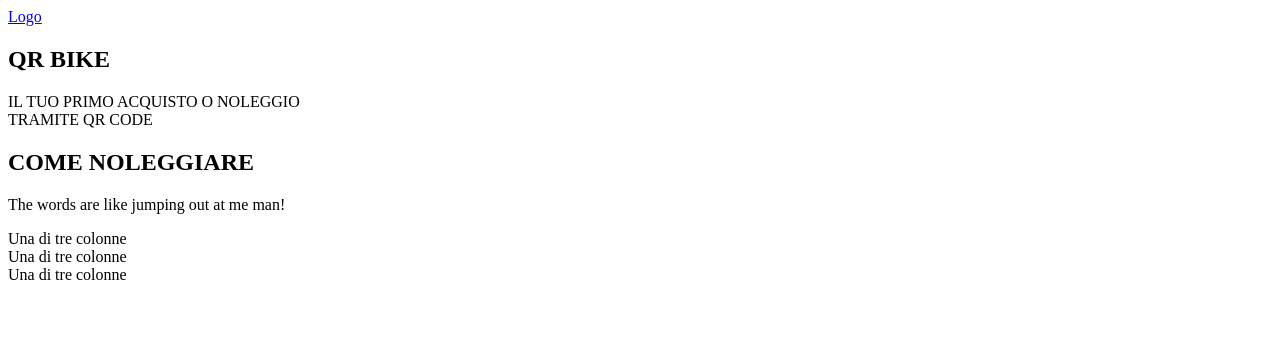
Repository: andrealepori/qrbike
Page: index.html
These files come from the project's save history. The page is drawn as it stood at one moment and after the next save; the edit follows.
The browser window is 1280 px wide. The pictures show the whole page.

Above is the page before, as saved 2020-09-16 15:37:36.

After the next save:
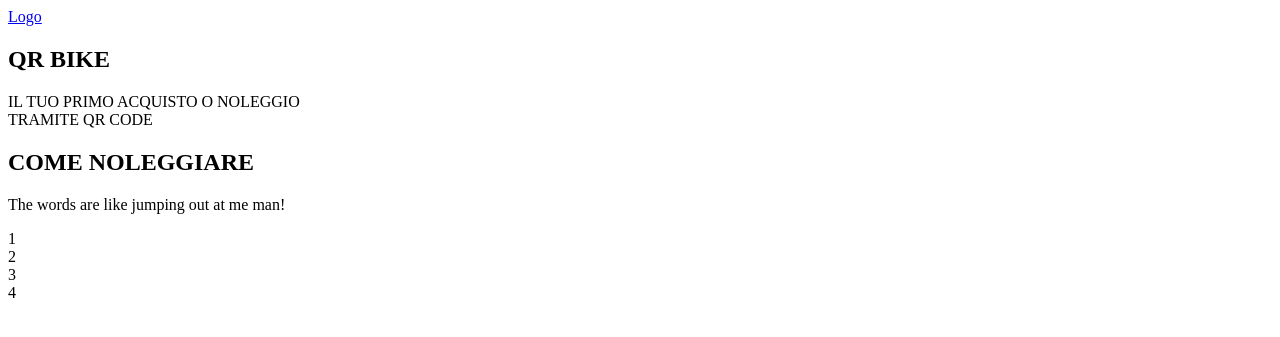
Saved 73 s later.
--- a/index.html
+++ b/index.html
@@ -41,18 +41,15 @@
 
 
 
-  <div class="container">
-    <div class="row">
-      <div class="col-sm"> Una di tre colonne </div>
-      <div class="col-sm"> Una di tre colonne </div>
-      <div class="col-sm">Una di tre colonne</div>
-    </div>
-  </div>
+  <div class="support-grid"></div>
 
+  <section class="grid-1">
+    <div class="item-1">1</div>
+    <div class="item-2">2</div>
+    <div class="item-3">3</div>
+    <div class="item-4">4</div>
 
-
-
-
+  </section>
 
 
 
